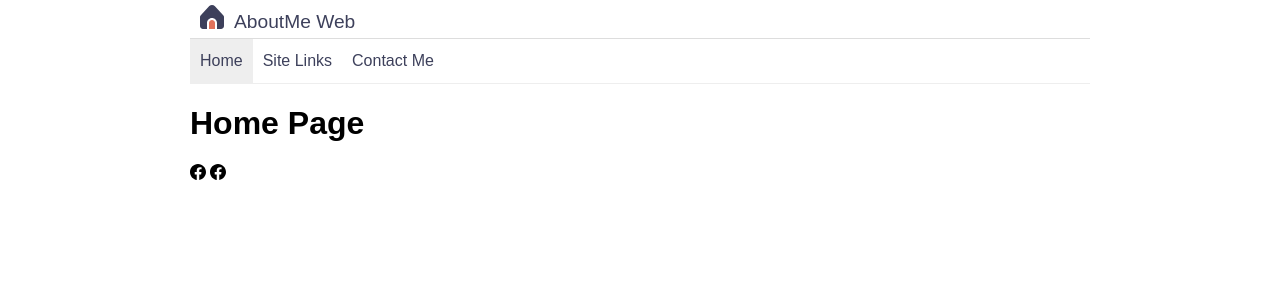
Repository: JoyUdoh106/wdd231
Page: index.html
The author's editor kept a copy of each file at every save. The page is drawn from the files as they stood at one save, then again after the next save.
The browser window is 1280 px wide. The pictures show the whole page.

Above is the page before, as saved 2026-01-10 20:06:26.

### index.html
<!DOCTYPE html>
<html lang="en">
<head>
    <meta charset="UTF-8">
    <meta name="viewport" content="width=device-width, initial-scale=1.0">
    <title>Joy Paulinus Udoh Site | Home Page</title>
    <meta name="description" content="My Site">
    <meta name="author" content="Joy Paulinus Udoh">

    <!-- Style Sheets Here -->
    <link rel="stylesheet" href="styles/base.css">
    <link rel="stylesheet" href="styles/larger.css">
    <link rel="stylesheet" href="styles/normalize.css">

</head>
<body>
    <header>
        <img src="images/home.svg" alt="Site Logo" width="512" height="512">
        <span>AboutMe Web</span>
        <button id="ham-btn" class="hamburger"></button>
    </header>
    <nav id="nav-bar" class="navigation">
        <ul>
            <li class="current"><a href="#">Home</a></li>
            <li><a href="#">Site Links</a></li>
            <li><a href="#">Contact Me</a></li>
        </ul>
    </nav>
    <main>
        <h1>Home Page</h1>
    </main>
    <footer>
        <div class="social">
            <a href=""><img src="images/facebook.svg" alt="" width="16" height="16"></a>
             <a href=""><img src="images/facebook.svg" alt="" width="16" height="16"></a>
        </div>
    </footer>
    <script src="scripts/navigation.js"></script>
</body>
</html>

### styles/base.css
/* --------- Color Scheme ----------
terra cotta #E2725B
deep slate blue #3D405B,
*/

/********************** SITE WIDE *************************/
* {
    font-family: "Josefin Sans", sans-serif;
    box-sizing: border-box;
}

/********************* HEADER *********************/
header {
    display: grid;
    grid-template-columns: 24px auto 44px;
    padding: 5px 0 5px 10px;
    align-items: end;
    border-bottom: solid 1px #ddd;
    column-gap: 10px;
}

header img {
    display: block;
    width: 100%;
    height: auto;
    padding-bottom: 4px;
}

header span {
    font-size: 1.2rem;
    color: #3D405B;
}

/********************* HAMBURGER *********************/
.hamburger {
    background-color: none;
    border: none;
    font-size: 2rem;
    color: #3D405B;
    cursor: pointer;
    font-family: Verdana, Geneva, Tahoma, sans-serif;
}

.hamburger::before {
    content: "\2630";
}

.hamburger.show::before {
    content: "\00D7";
}

/********************* NAVIGATION *********************/
.navigation {
    display: none;
}

.navigation.show {
    display: block;
}

.navigation ul {
    list-style-type: none;
    margin: 0;
    padding: 0;
}

.navigation a {
    display: block;
    padding: .8rem 10px;
    color: #3D405B;
    text-decoration: none;
    border-bottom: solid 1px #ddd;
}

.navigation li.current {
    background-color: #eee;
}

.navigation a:hover {
    background-color: #E2725B;
}


h1 {
    margin-left: 10px;
}

### styles/larger.css
@media only screen and (min-width: 38rem) {
    header, main, nav, footer {
        max-width: 900px;
        margin: 0 auto;
    }


    header {
        grid-template-columns: 24px auto;
    }

    .hamburger {
        display: none;
    }


    .navigation {
        display: block;
        border-bottom: solid 1px #eee;
    }

    .navigation ul {
        display: flex;
    }

    .navigation a {
        border: none;
    }

}

### images/home.svg
<?xml version="1.0" encoding="UTF-8"?>
<!-- Generator: Adobe Illustrator 25.0.0, SVG Export Plug-In . SVG Version: 6.00 Build 0)  -->
<svg xmlns="http://www.w3.org/2000/svg" xmlns:xlink="http://www.w3.org/1999/xlink" version="1.1" id="Capa_1" x="0px" y="0px" viewBox="0 0 512 512" style="enable-background:new 0 0 512 512;" xml:space="preserve" width="512" height="512">
	<g>
		<path d="M362.667,383.841v128H448c35.346,0,64-28.654,64-64V253.26c0.005-11.083-4.302-21.733-12.011-29.696l-181.29-195.99    c-31.988-34.61-85.976-36.735-120.586-4.747c-1.644,1.52-3.228,3.103-4.747,4.747L12.395,223.5    C4.453,231.496-0.003,242.31,0,253.58v194.261c0,35.346,28.654,64,64,64h85.333v-128c0.399-58.172,47.366-105.676,104.073-107.044    C312.01,275.383,362.22,323.696,362.667,383.841z" fill="#3D405B"/>
		<path d="M256,319.841c-35.346,0-64,28.654-64,64v128h128v-128C320,348.495,291.346,319.841,256,319.841z" fill="#E2725B"/>
	</g>

</svg>

### scripts/navigation.js
// Store the selected elements that we are going to use
const navbutton = document.querySelector('#ham-btn');
const navlinks = document.querySelector('#nav-bar');

// Toggle the show class off and on
navbutton.addEventListener('click', () => {
    navbutton.classList.toggle('show');
    navlinks.classList.toggle('show');
});

### images/facebook.svg
<svg xmlns="http://www.w3.org/2000/svg" width="16" height="16" fill="currentColor" class="bi bi-facebook" viewBox="0 0 16 16">
  <path d="M16 8.049c0-4.446-3.582-8.05-8-8.05C3.58 0-.002 3.603-.002 8.05c0 4.017 2.926 7.347 6.75 7.951v-5.625h-2.03V8.05H6.75V6.275c0-2.017 1.195-3.131 3.022-3.131.876 0 1.791.157 1.791.157v1.98h-1.009c-.993 0-1.303.621-1.303 1.258v1.51h2.218l-.354 2.326H9.25V16c3.824-.604 6.75-3.934 6.75-7.951"/>
</svg>

Loaded but not shown: styles/normalize.css (library)

After the next save:
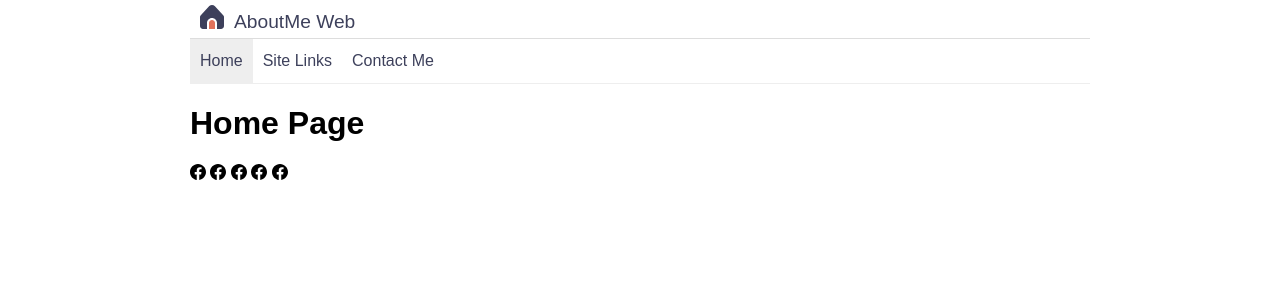
Saved 5 s later.
--- a/index.html
+++ b/index.html
@@ -33,6 +33,9 @@
         <div class="social">
             <a href=""><img src="images/facebook.svg" alt="" width="16" height="16"></a>
              <a href=""><img src="images/facebook.svg" alt="" width="16" height="16"></a>
+              <a href=""><img src="images/facebook.svg" alt="" width="16" height="16"></a>
+               <a href=""><img src="images/facebook.svg" alt="" width="16" height="16"></a>
+                <a href=""><img src="images/facebook.svg" alt="" width="16" height="16"></a>
         </div>
     </footer>
     <script src="scripts/navigation.js"></script>
